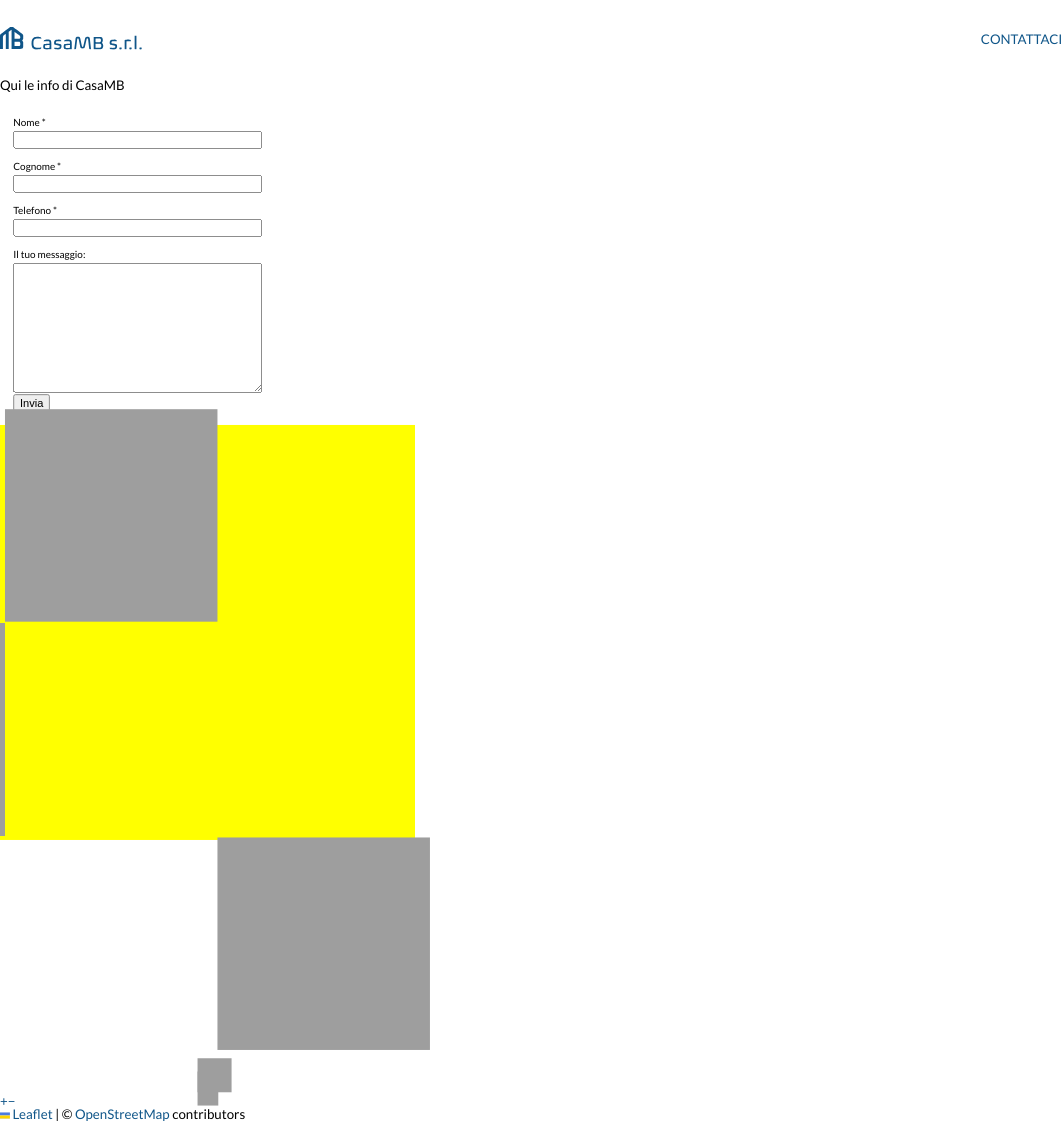
Repository: nicolorz/casamb
Page: /contatti
The author's editor kept a copy of each file at every save. The page is drawn from the files as they stood at one save, then again after the next save.
The browser window is 1280 px wide. The pictures show the whole page, at 83% of full size.
Pictures or frames that could not be fetched are drawn as grey boxes. The project was rebuilt for these pictures with package versions that can differ from the ones it lists, and the page was loaded fresh each time. Also part of the build but not shown: src/index.css, src/App.css, src/components/CardWrapper/CardWrapper.css, src/statics/statics.js, src/components/CardWrapper/CardItem.css, src/components/CardWrapper/CardItem.js, src/components/CardWrapper/CardWrapper.js, src/components/SortingBtn/Sortingbtn.css and 6 more.

Above is the page before, as saved 2023-07-26 15:51:07.

### src/index.js
import React from 'react';
import ReactDOM from 'react-dom/client';
import {
  createBrowserRouter,
  RouterProvider,
} from "react-router-dom";
import './index.css';
import './assets/css/reset.css'
import './assets/css/style.css'
import App from './App';
import reportWebVitals from './reportWebVitals';
import Contatti from './Contatti';
import ErrorPage from './ErrorPage';

const router = createBrowserRouter([
  {
    path: "/",
    element: <App />,
    errorElement: <ErrorPage />,
  },
  {
    path: "/contatti",
    element: <Contatti />
  }
]);

const root = ReactDOM.createRoot(document.getElementById('root'));
root.render(
  <React.StrictMode>
     <RouterProvider router={router} />
  </React.StrictMode>
);

// If you want to start measuring performance in your app, pass a function
// to log results (for example: reportWebVitals(console.log))
// or send to an analytics endpoint. Learn more: https://bit.ly/CRA-vitals
reportWebVitals();

### src/assets/css/style.css
@import url('https://fonts.googleapis.com/css2?family=Lato:ital,wght@0,300;0,400;0,700;1,300;1,400;1,700&display=swap');

html, body {
  margin: 0;
  padding: 0;
  font-size: 16px;
  font-family: 'Lato', sans-serif;
}

.main-wrapper {
  width: 100vw;
  background-color: #fff;
  padding: 0 24px 10rem 24px;
  box-sizing: border-box;
}


a {
  position: relative;
}

a:link, a:visited {
  color: #105689;
  text-decoration: none;
}

a:hover, a:active {
  color: #105689;
  text-decoration: none;
}


a::before {
  content: "";
  position: absolute;
  display: block;
  width: 100%;
  height: 2px;
  bottom: -4px;
  left: 0;
  background-color: #105689;
  opacity: 0.8;
  transform: scaleX(0);
  transform-origin: top left;
  transition: transform 0.2s ease;
  -webkit-transition: transform 0.2s ease;
  -moz-transition: transform 0.2s ease;
  -ms-transition: transform 0.2s ease;
  -o-transition: transform 0.2s ease;
}

a:hover::before {
  transform: scaleX(1);
}

### src/Contatti.js
import { FormContacts } from "./components/FormContacts/formContacts";
import { HeaderTop } from "./components/HeaderWrapper/HeaderTop";
import { MapContacts } from "./components/MapContacts/MapContacts";


function Contatti() {
    return (
        <div id="main">
            <HeaderTop />
            <div className="info-area">Qui le info di CasaMB</div>
            <FormContacts />
            <div className="mappa">
                <MapContacts />
            </div>
        </div>

    )
}

export default Contatti;

### src/components/FormContacts/formContacts.js
import './FormContacts.css'

export const FormContacts = () => {
    return (
        <div id="form-wrapper">
            <form action="#" method="get" className="form">

                <label htmlFor="name">Nome *</label>
                <input id="name" type="text" name="name" required />

                <label htmlFor="surname">Cognome *</label>
                <input id="surname" type="text" name="surname" required />

                <label htmlFor="number">Telefono *</label>
                <input id="number" type="tel" name="number" required />

                <label htmlFor="message">Il tuo messaggio:</label>
                <textarea name="message" id="message" rows="10"></textarea>

                <input type="submit" value="Invia" />

            </form>
        </div>
    )
}

### src/components/HeaderWrapper/HeaderTop.js
import { NavLink } from 'react-router-dom';
import logo from './logo-casaMB.svg';

export const HeaderTop = () => {
    return <div className="header-top">
        <div className="header-top_logo">
            <a href="*" target="_self">
                <img src={logo} alt="logo" />
            </a>
        </div>


        <NavLink
        to="/contatti"
        >
        CONTATTACI
        </NavLink>
    </div>
}

### src/components/MapContacts/MapContacts.js
import { MapContainer, TileLayer, Marker, Popup, useMap } from 'react-leaflet'

export const MapContacts = () => {
    return (
        <MapContainer center={[51.505, -0.09]} zoom={13} scrollWheelZoom={false}>
            <TileLayer
                attribution='&copy; <a href="https://www.openstreetmap.org/copyright">OpenStreetMap</a> contributors'
                url="https://{s}.tile.openstreetmap.org/{z}/{x}/{y}.png"
            />
            <Marker position={[51.505, -0.09]}>
                <Popup>
                A pretty CSS3 popup. <br /> Easily customizable.
                </Popup>
            </Marker>
        </MapContainer>
    )
}

### src/components/FormContacts/FormContacts.css
.form {
    width: 300px;
    padding: 1rem;
    border-radius: 16px;
    -webkit-border-radius: 16px;
    -moz-border-radius: 16px;
    -ms-border-radius: 16px;
    -o-border-radius: 16px;
}


.form label {
    display: block;
    margin: 16px 0 4px 0;
    font-size: 12px;
}

.form input:not(input[type="submit"]), .form textarea {
    width: 100%;
    box-sizing: border-box;
}

.mappa {
    width: 500px;
    height: 500px;
    background-color: yellow;
}

### src/components/HeaderWrapper/Header.css
.header {
    width: 100vw;
    padding: 0 24px;
    box-sizing: border-box;
    position: fixed;
    top: 0;
    left: 0;
}

.header-top {
    width: 100%;
    display: flex;
    flex-flow: row nowrap;
    justify-content: space-between;
    align-items: center;
}

.header-top_logo {
    padding: 2rem 0;
}

.header-bottom {
    width: 100%;
    display: flex;
    flex-flow: column nowrap;
    align-items: center;
}

.sorting-area {
    max-width: 996px;
    display: flex;
    flex-flow: row wrap;
    justify-content: center;
    gap: 0.5rem;
}

Loaded but not shown: public/index.html (common file); src/assets/css/reset.css (common file); src/reportWebVitals.js (common file)

After the next save:
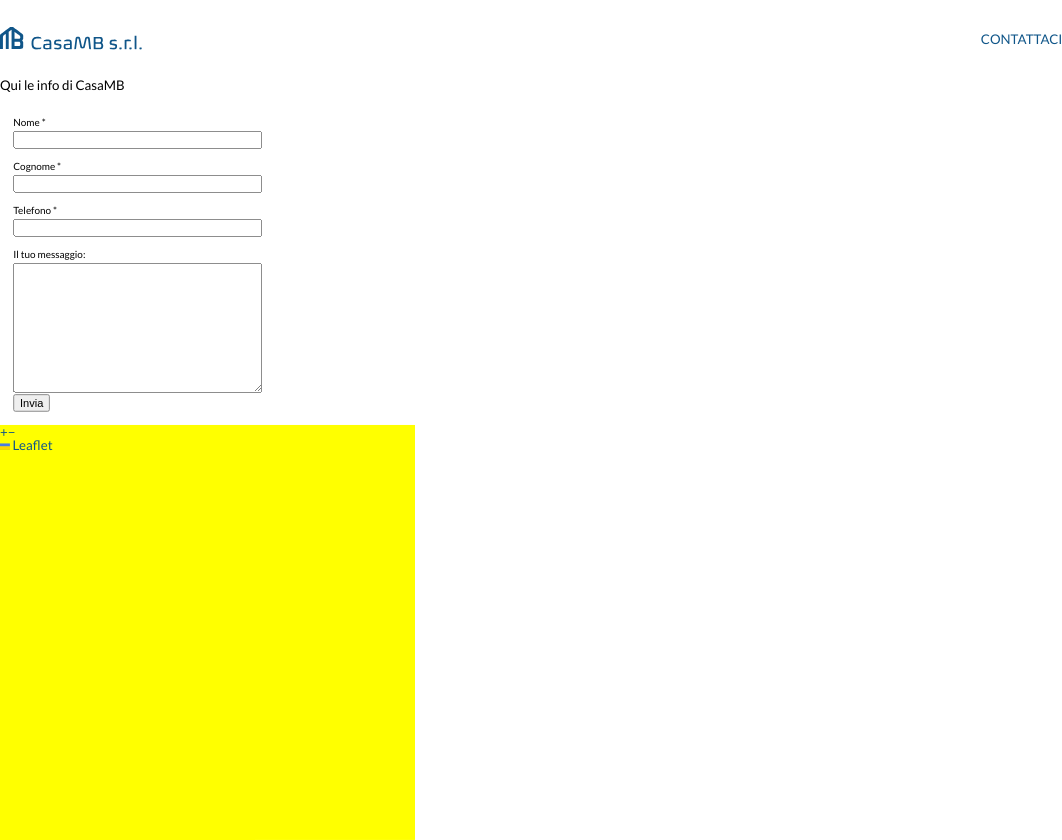
Saved 9 s later.
--- a/src/components/MapContacts/MapContacts.js
+++ b/src/components/MapContacts/MapContacts.js
@@ -3,15 +3,7 @@
 export const MapContacts = () => {
     return (
         <MapContainer center={[51.505, -0.09]} zoom={13} scrollWheelZoom={false}>
-            <TileLayer
-                attribution='&copy; <a href="https://www.openstreetmap.org/copyright">OpenStreetMap</a> contributors'
-                url="https://{s}.tile.openstreetmap.org/{z}/{x}/{y}.png"
-            />
-            <Marker position={[51.505, -0.09]}>
-                <Popup>
-                A pretty CSS3 popup. <br /> Easily customizable.
-                </Popup>
-            </Marker>
+
         </MapContainer>
     )
 }

After the save that followed:
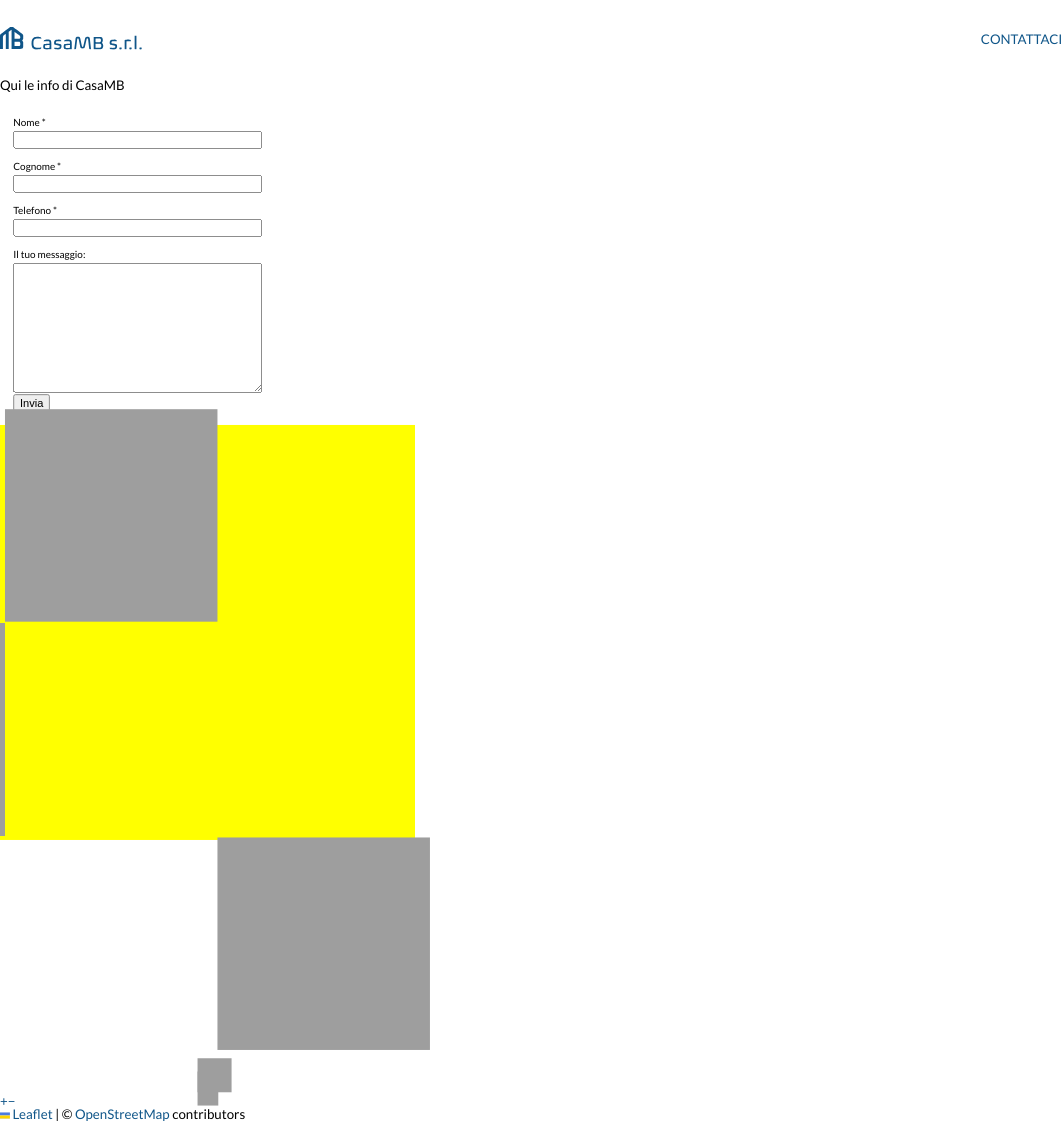
Saved 13 s later.
--- a/src/components/MapContacts/MapContacts.js
+++ b/src/components/MapContacts/MapContacts.js
@@ -3,7 +3,15 @@
 export const MapContacts = () => {
     return (
         <MapContainer center={[51.505, -0.09]} zoom={13} scrollWheelZoom={false}>
-
+            <TileLayer
+                attribution='&copy; <a href="https://www.openstreetmap.org/copyright">OpenStreetMap</a> contributors'
+                url="https://{s}.tile.openstreetmap.org/{z}/{x}/{y}.png"
+            />
+            <Marker position={[51.505, -0.09]}>
+                <Popup>
+                A pretty CSS3 popup. <br /> Easily customizable.
+                </Popup>
+            </Marker>
         </MapContainer>
     )
 }
